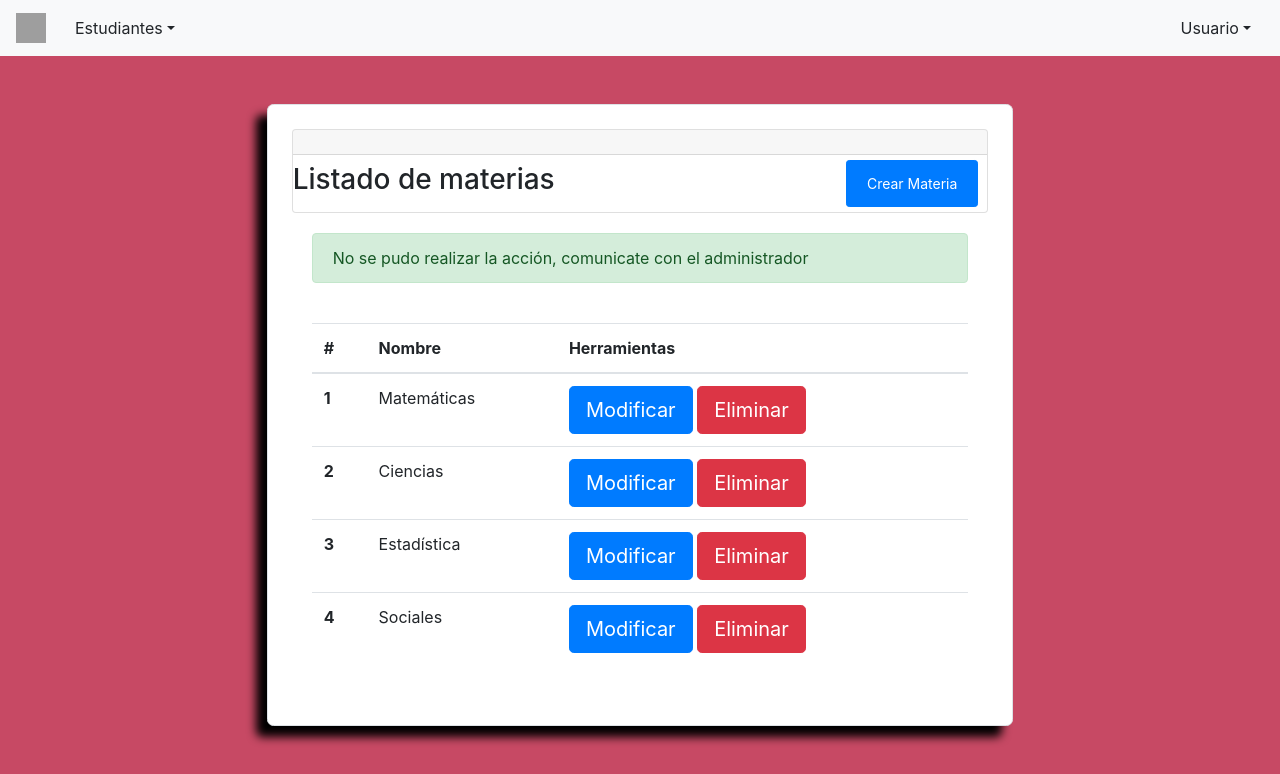
Repository: Danielaramirez09-2005/Xampp
Page: http://localhost/Profesores/LMaterias.php
These files come from the project's save history. The page is drawn as it stood at one moment and after the next save; the edit follows.
The browser window is 1280 px wide. The pictures show the whole page.
Pictures or frames that could not be fetched are drawn as grey boxes. The page is run by PHP 8.4 with error messages shown; the project is at /var/www/html/. Queries for data that is not in the repository find no rows.

Above is the page before, as saved 2021-07-14 16:14:03.

After the next save:
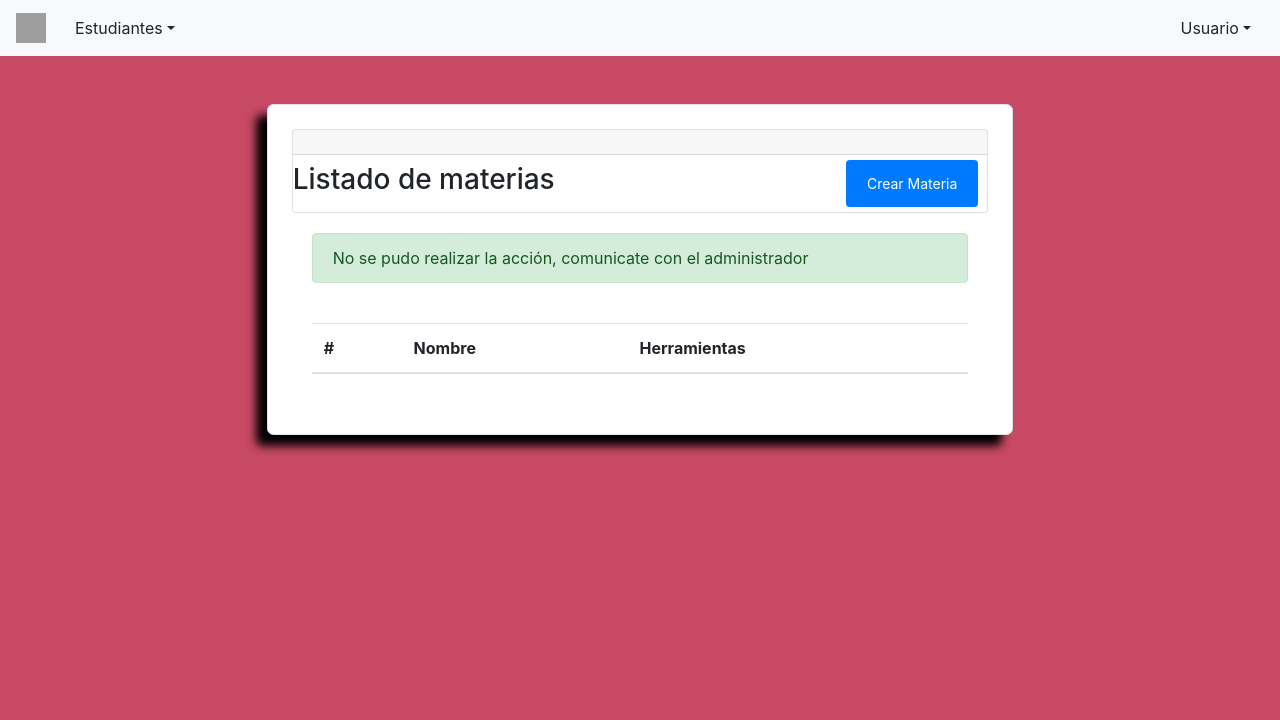
Saved 74 s later.
--- a/ProyectoFinalIspa/ProyectoFinalISPA/Profesores/LMaterias.php
+++ b/ProyectoFinalIspa/ProyectoFinalISPA/Profesores/LMaterias.php
@@ -16,8 +16,7 @@ $resultado = $conexion->datosMateria();
   <meta name="viewport" content="width=device-width, initial-scale=1, shrink-to-fit=no" />
 
   <!-- Bootstrap CSS -->
-  <link rel="stylesheet" href="https://cdn.jsdelivr.net/npm/bootstrap@4.6.0/dist/css/bootstrap.min.css"
-    integrity="sha384-B0vP5xmATw1+K9KRQjQERJvTumQW0nPEzvF6L/Z6nronJ3oUOFUFpCjEUQouq2+l" crossorigin="anonymous" />
+  <link rel="stylesheet" href="https://cdn.jsdelivr.net/npm/bootstrap@4.6.0/dist/css/bootstrap.min.css" integrity="sha384-B0vP5xmATw1+K9KRQjQERJvTumQW0nPEzvF6L/Z6nronJ3oUOFUFpCjEUQouq2+l" crossorigin="anonymous" />
 
   <!-- My styles-->
   <link rel="stylesheet" href="./styles.css" />
@@ -35,8 +34,7 @@ $resultado = $conexion->datosMateria();
       <img src="./img/Colegio.jpg" width="30" height="30" class="d-inline-block align-top" alt="">
     </a>
     <div class="dropdown">
-      <a class="btn btn-ligth dropdown-toggle" href="#" role="button" id="dropdownMenuLink" data-toggle="dropdown"
-        aria-haspopup="true" aria-expanded="false">Estudiantes</a>
+      <a class="btn btn-ligth dropdown-toggle" href="#" role="button" id="dropdownMenuLink" data-toggle="dropdown" aria-haspopup="true" aria-expanded="false">Estudiantes</a>
       <div class="dropdown-menu" aria-labelledby="dropdownMenuLink">
         <a class="dropdown-item" href="./index7.html">Ver estudiantes</a>
         <a class="dropdown-item" href="./LMaterias.html">Materias</a>
@@ -44,8 +42,7 @@ $resultado = $conexion->datosMateria();
       </div>
     </div>
     <div class="dropdown ml-auto">
-      <a class="btn btn-ligth dropdown-toggle" href="#" role="button" id="dropdownMenuLink" data-toggle="dropdown"
-        aria-haspopup="true" aria-expanded="false">Usuario</a>
+      <a class="btn btn-ligth dropdown-toggle" href="#" role="button" id="dropdownMenuLink" data-toggle="dropdown" aria-haspopup="true" aria-expanded="false">Usuario</a>
       <div class="dropdown-menu" aria-labelledby="dropdownMenuLink">
         <a class="dropdown-item" href="#">Cerrar sesión</a>
       </div>
@@ -65,8 +62,7 @@ $resultado = $conexion->datosMateria();
         <div class="d-flex justify-content-between align-items-center">
           <h3>Listado de materias</h3>
           <div class="btn btn-sm">
-            <a class="list-group-item list-group-item-action active " id="list-Crear-materia-list"
-              href="./BDCmateria/index.php">Crear Materia</a>
+            <a class="list-group-item list-group-item-action active " id="list-Crear-materia-list" href="./BDCmateria/index.php">Crear Materia</a>
           </div>
         </div>
       </div>
@@ -90,53 +86,18 @@ $resultado = $conexion->datosMateria();
 
                 </thead>
                 <tbody>
-
-                  <tr>
-                    <th scope="row">1</th>
-
-                    <td>Matemáticas</td>
-                    <td>
-
-                      <div class="btn-group-lg">
-                        <button type="button" class="btn btn-primary">Modificar</button>
-                        <button type="button" class="btn btn-danger">Eliminar</button>
-                      </div>
-                    </td>
-                  </tr>
-                  <tr>
-                    <th scope="row">2</th>
-
-                    <td>Ciencias</td>
-                    <td>
-                      <div class="btn-group-lg">
-                        <button type="button" class="btn btn-primary">Modificar</button>
-                        <button type="button" class="btn btn-danger">Eliminar</button>
-                      </div>
-                    </td>
-                  </tr>
-                  <tr>
-                    <th scope="row">3</th>
-
-                    <td>Estadística</td>
-                    <td>
-                      <div class="btn-group-lg">
-                        <button type="button" class="btn btn-primary">Modificar</button>
-                        <button type="button" class="btn btn-danger">Eliminar</button>
-                      </div>
-                    </td>
-                  </tr>
-                  <tr>
-                    <th scope="row">4</th>
-
-                    <td>Sociales</td>
-                    <td>
-                      <div class="btn-group-lg">
-                        <button type="button" class="btn btn-primary">Modificar</button>
-                        <button type="button" class="btn btn-danger">Eliminar</button>
-                      </div>
-                    </td>
-                  </tr>
-
+                  <?php
+                  foreach ($resultado as $fila) {
+                    echo '<tr>
+                            <td>' . $fila['id'] . '</td>
+                            <td>' . $fila['nombre'] . '</td>
+                            <td>
+                                <a href="edit_materias.php?id=' . $fila['id'] . '" type="button" class="btn btn-primary">Modificar</a>
+                                <a href="#algo" type="button" class="btn btn-danger">Eliminar</a>
+                            </td>
+                            </tr>';
+                  }
+                  ?>
                 </tbody>
 
               </table>
